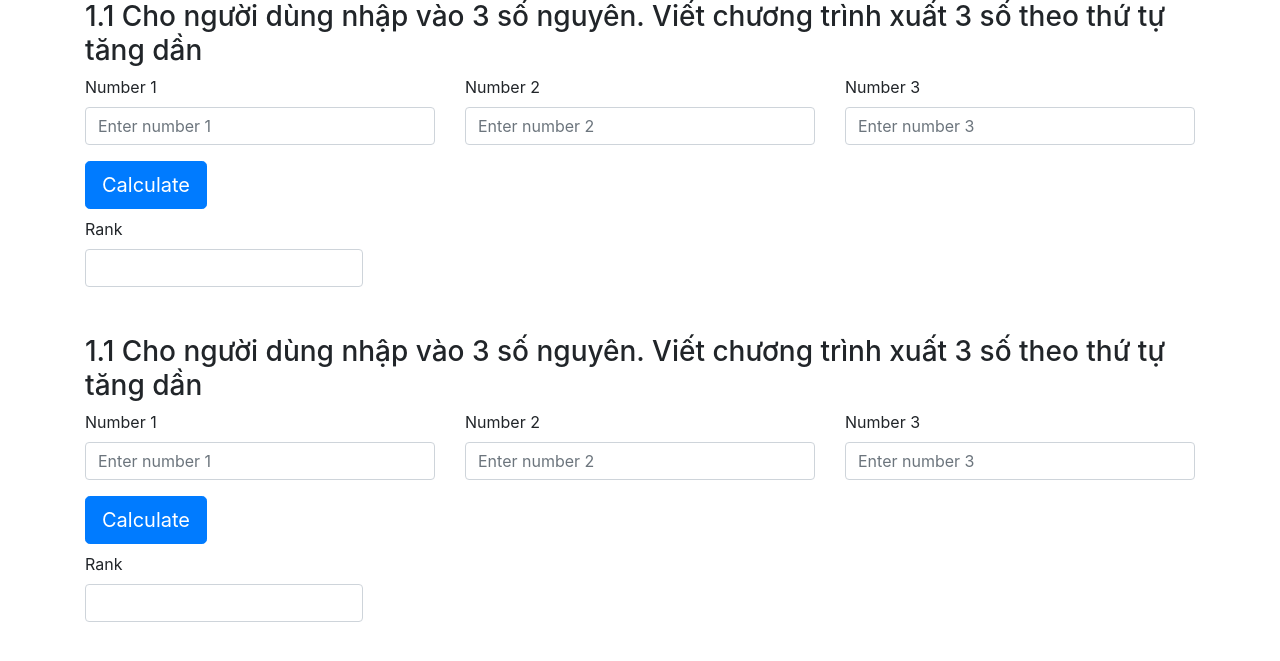
Repository: baobaodeveloper/bootscamp21__jsbasic__HuynhAnhBao
Page: index.html
The author's editor kept a copy of each file at every save. The page is drawn from the files as they stood at one save, then again after the next save.
The browser window is 1280 px wide. The pictures show the whole page.

Above is the page before, as saved 2022-03-09 23:48:48.

### index.html
<!DOCTYPE html>
<html lang="en">
  <head>
    <title>javaScript basic</title>
    <!-- Required meta tags -->
    <meta charset="utf-8" />
    <meta
      name="viewport"
      content="width=device-width, initial-scale=1, shrink-to-fit=no"
    />

    <!-- Bootstrap CSS -->
    <link
      rel="stylesheet"
      href="https://stackpath.bootstrapcdn.com/bootstrap/4.3.1/css/bootstrap.min.css"
      integrity="sha384-ggOyR0iXCbMQv3Xipma34MD+dH/1fQ784/j6cY/iJTQUOhcWr7x9JvoRxT2MZw1T"
      crossorigin="anonymous"
    />
  </head>
  <body>
    <!-- Cho người dùng nhập vào 3 số nguyên. Viết chương trình xuất 3 số theo thứ tự tăng dần -->
    <div class="container mb-lg-5">
      <h3>
        1.1 Cho người dùng nhập vào 3 số nguyên. Viết chương trình xuất 3 số
        theo thứ tự tăng dần
      </h3>

      <div class="row">
        <div class="col">
          <label class="form-label">Number 1</label>
          <input
            type="text"
            class="form-control num1"
            placeholder="Enter number 1"
          />
        </div>
        <div class="col">
          <label class="form-label">Number 2</label>
          <input
            type="number"
            class="form-control num2"
            placeholder="Enter number 2"
          />
        </div>
        <div class="col">
          <label class="form-label">Number 3</label>
          <input
            type="number"
            class="form-control num3"
            placeholder="Enter number 3"
          />
        </div>
      </div>

      <button type="button " class="btn btn-primary btn-lg mt-3 mb-2 btn-rank">
        Calculate
      </button>

      <div class="mt-3 m-auto">
        <label class="form-label">Rank</label>
        <input type="text" class="form-control w-25 result1" />
      </div>
    </div>

    <!-- Viết chương trình “Chào hỏi” các thành viên trong gia đình với các đặc điểm. Đầu tiên máy
    sẽ hỏi ai sử dụng máy. Sau đó dựa vào câu trả lời và đưa ra lời chào phù hợp. Giả sử trong
    gia đình có 4 thành viên: Bố (B), Mẹ (M), anh Trai (A) và Em gái (E) -->
    <div class="container">
      <h3>
        1.1 Cho người dùng nhập vào 3 số nguyên. Viết chương trình xuất 3 số
        theo thứ tự tăng dần
      </h3>

      <div class="row">
        <div class="col">
          <label class="form-label">Number 1</label>
          <input
            type="text"
            class="form-control num1"
            placeholder="Enter number 1"
          />
        </div>
        <div class="col">
          <label class="form-label">Number 2</label>
          <input
            type="number"
            class="form-control num2"
            placeholder="Enter number 2"
          />
        </div>
        <div class="col">
          <label class="form-label">Number 3</label>
          <input
            type="number"
            class="form-control num3"
            placeholder="Enter number 3"
          />
        </div>
      </div>

      <button type="button " class="btn btn-primary btn-lg mt-3 mb-2 btn-rank">
        Calculate
      </button>

      <div class="mt-3 m-auto">
        <label class="form-label">Rank</label>
        <input type="text" class="form-control w-25 result1" />
      </div>
    </div>
    <!-- Optional JavaScript -->
    <!-- jQuery first, then Popper.js, then Bootstrap JS -->
    <script
      src="https://code.jquery.com/jquery-3.3.1.slim.min.js"
      integrity="sha384-q8i/X+965DzO0rT7abK41JStQIAqVgRVzpbzo5smXKp4YfRvH+8abtTE1Pi6jizo"
      crossorigin="anonymous"
    ></script>
    <script
      src="https://cdnjs.cloudflare.com/ajax/libs/popper.js/1.14.7/umd/popper.min.js"
      integrity="sha384-UO2eT0CpHqdSJQ6hJty5KVphtPhzWj9WO1clHTMGa3JDZwrnQq4sF86dIHNDz0W1"
      crossorigin="anonymous"
    ></script>
    <script
      src="https://stackpath.bootstrapcdn.com/bootstrap/4.3.1/js/bootstrap.min.js"
      integrity="sha384-JjSmVgyd0p3pXB1rRibZUAYoIIy6OrQ6VrjIEaFf/nJGzIxFDsf4x0xIM+B07jRM"
      crossorigin="anonymous"
    ></script>

    <script src="exercise1.js"></script>
  </body>
</html>

### exercise1.js
const numValue1 = document.querySelector(".num1");
const numValue2 = document.querySelector(".num2");
const numValue3 = document.querySelector(".num3");
const btnRank = document.querySelector(".btn-rank");
const result1 = document.querySelector(".result1");
btnRank.addEventListener("click", () => {
  const num1 = +numValue1.value;
  const num2 = +numValue2.value;
  const num3 = +numValue3.value;
  let rank = "";
  if (num1 < num2 && num2 < num3) {
    rank = `${num1}  ${num2}  ${num3}`;
  } else if (num1 < num3 && num3 < num2) {
    rank = `${num1}  ${num3}  ${num2}`;
  } else if (num2 < num1 && num1 < num3) {
    rank = `${num2}  ${num1}  ${num3}`;
  } else if (num2 < num3 && num3 < num1) {
    rank = `${num2}  ${num1}  ${num3}`;
  } else if (num3 < num1 && num1 < num2) {
    rank = `${num3}  ${num1}  ${num2}`;
  } else if (num3 < num2 && num2 < num1) {
    rank = `${num3}  ${num2}  ${num1}`;
  } else if (num1 === num2 && num1 < num3) {
    rank = `${num1}  ${num1}  ${num3}`;
  } else if (num1 === num3 && num1 < num2) {
    rank = `${num1}  ${num1}  ${num3}`;
  } else if (num2 === num3 && num3 < num1) {
    rank = `${num2}  ${num2}  ${num3}`;
  }
  result1.value = rank;
});

After the next save:
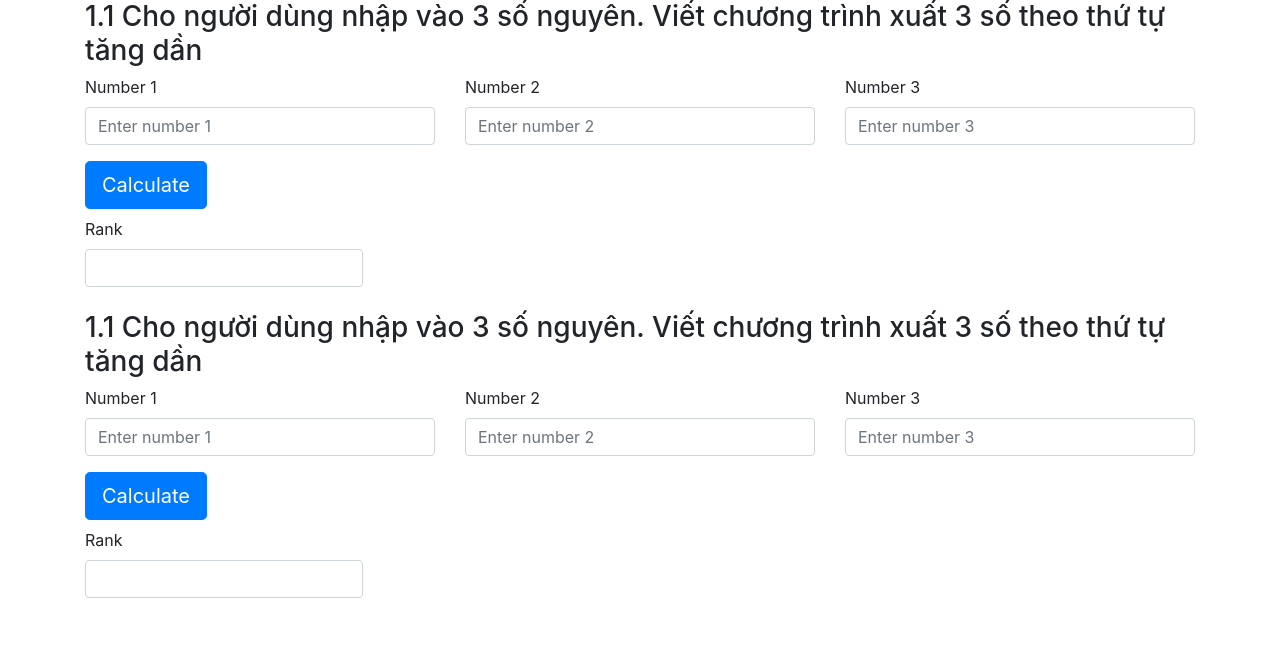
Saved 14 s later.
--- a/index.html
+++ b/index.html
@@ -19,7 +19,7 @@
   </head>
   <body>
     <!-- Cho người dùng nhập vào 3 số nguyên. Viết chương trình xuất 3 số theo thứ tự tăng dần -->
-    <div class="container mb-lg-5">
+    <div class="container mb-xl-4">
       <h3>
         1.1 Cho người dùng nhập vào 3 số nguyên. Viết chương trình xuất 3 số
         theo thứ tự tăng dần

After the save that followed:
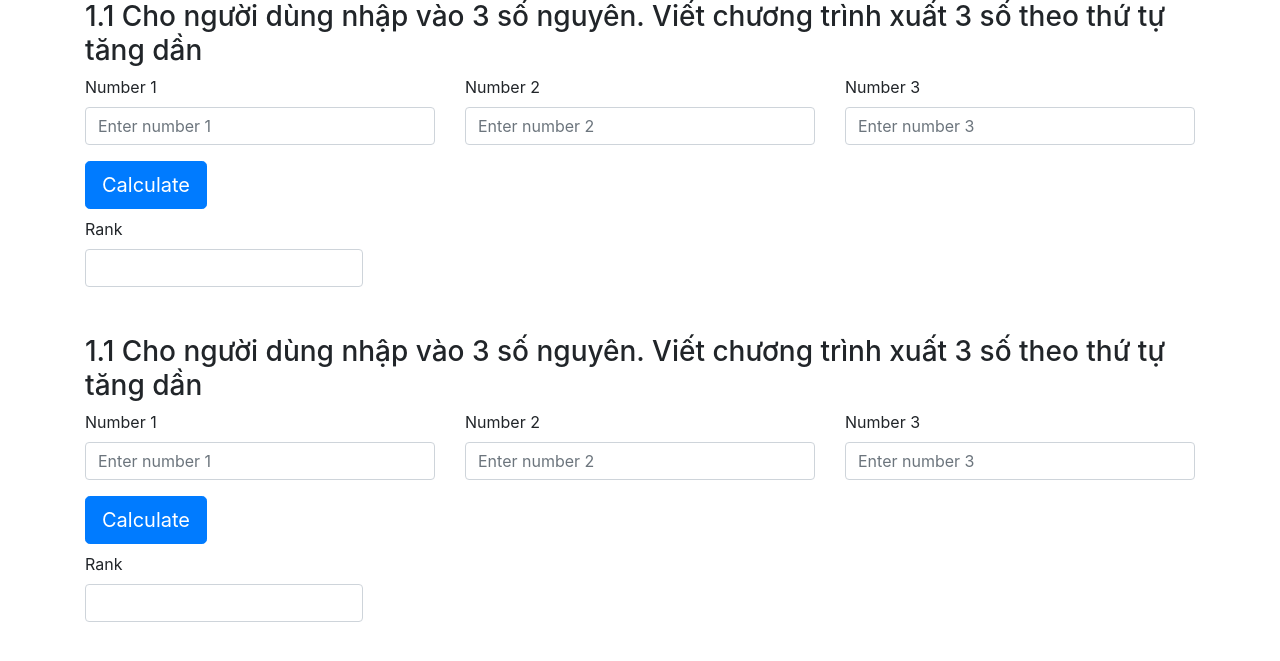
Saved 6 s later.
--- a/index.html
+++ b/index.html
@@ -19,7 +19,7 @@
   </head>
   <body>
     <!-- Cho người dùng nhập vào 3 số nguyên. Viết chương trình xuất 3 số theo thứ tự tăng dần -->
-    <div class="container mb-xl-4">
+    <div class="container mb-xl-5">
       <h3>
         1.1 Cho người dùng nhập vào 3 số nguyên. Viết chương trình xuất 3 số
         theo thứ tự tăng dần
